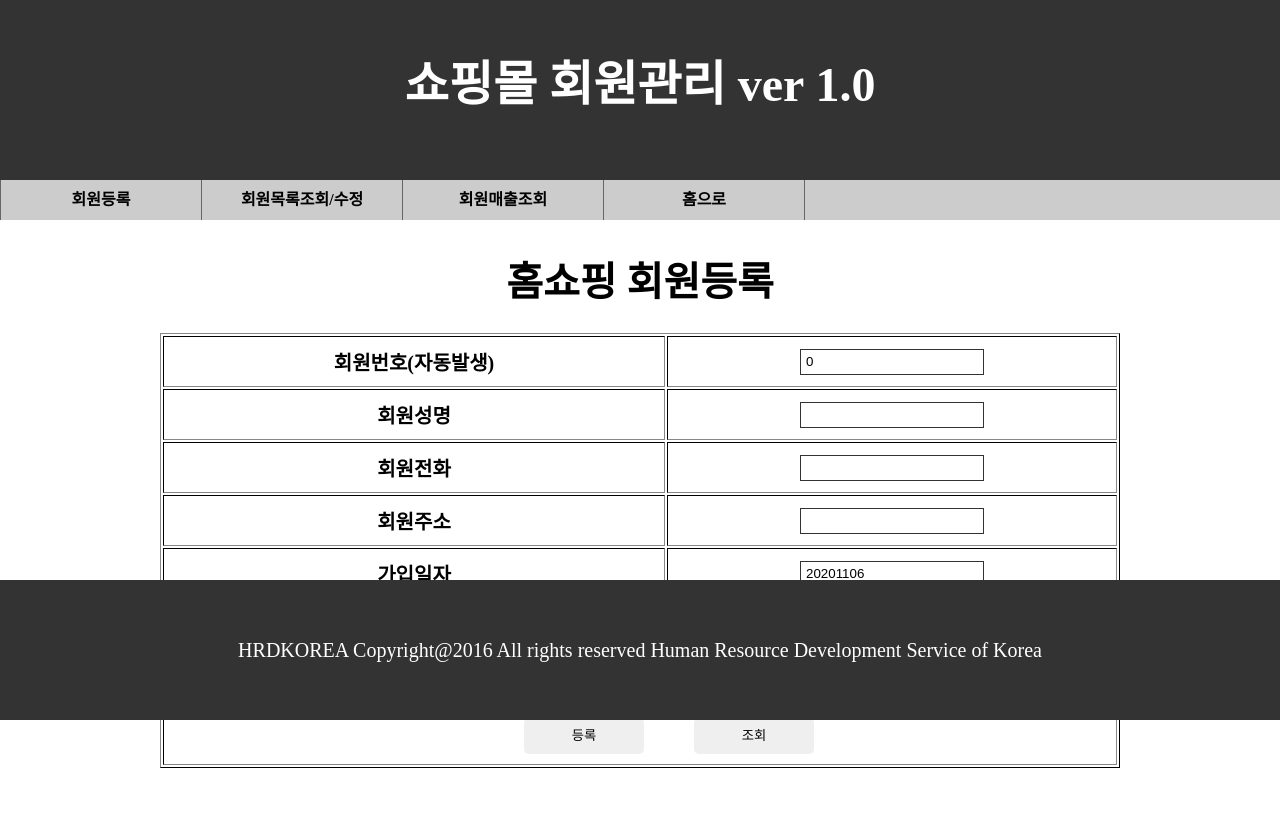
Repository: jsky1234/NCS
Page: http://localhost/HRD_1/memberIns.jsp
An editor plug-in stored every save of this project. The page is shown before and after the next save, followed by the edit.
The browser window is 1280 px wide. The pictures show the whole page.
The page is served by Tomcat 9. Queries for data that is not in the repository find no rows.

Above is the page before, as saved 2020-11-10 05:18:30.
Console error: ReferenceError: form is not defined

### ncs1/HRD_1/WebContent/memberIns.jsp
<%@ page language="java" contentType="text/html; charset=UTF-8"
    pageEncoding="UTF-8"%>
<%@ page import="java.sql.PreparedStatement" %>
<%@ page import="java.sql.DriverManager" %>
<%@ page import="java.sql.Connection" %>
<%@ page import="java.sql.ResultSet" %>
<%@ page import="DBPKG.DBcon" %>
<%@ page import="java.util.*, java.text.*" %>
<%@ include file="admin_header.jsp" %>
<style>
.main_help { width: 960px; margin: 25px auto; font-size: 20px; }
.main_help ol { padding-top: 5px; }
.tb { display: table; border: 5; border-color: #333; width: 960px; text-align: center;}
.tb tr { display: table-row; }
.tb td, .tb th { display: table-cell; padding: 10px; }
.tb th { width: 480px; }
button { display: block; float: left; width: 120px; line-height: 36px; text-align: center; margin-right: 25px; margin-left: 25px; border-radius: 5px ;}
button:first-child { margin-left: 350px;}
input, select { border: 1px solid #333; line-height: 24px; padding-left: 5px;}
</style>
<%@ include file="admin_nav.jsp" %>
<%
request.setCharacterEncoding("utf-8");

Connection conn = null;
PreparedStatement pstmt = null;
ResultSet rs;

Date date = new Date();
SimpleDateFormat simple = new SimpleDateFormat("yyyyMMdd");
String sdate = simple.format(date);

	try {
		conn = DBcon.getConnection();
		String sql = "SELECT * FROM member_tbl_02 ORDER BY custno DESC";
		pstmt = conn.prepareStatement(sql);
		rs = pstmt.executeQuery();

		int i = 0, num = 0;
		while(rs.next()) {
			num = rs.getInt("custno");
			i++;
			num++;
			if(i > 0) break;
		}
%>
<main class="content">
	<section class="page" id="page1">
		<h2 class="page_tit">홈쇼핑 회원등록</h2>
		<div class="main_help">
			<form name="register1" id="register1" action="memberInsPro.jsp" method="get">
				<table class="tb" border="1">
					<tbody>
						<tr>
							<th><label for="custno">회원번호(자동발생)</label></th>
							<td><input type="text" name="custno" id="custno" value="<%=num%>" /></td>
						</tr>
						<tr>
							<th><label for="custname">회원성명</label></th>
							<td><input type="text" name="custname" id="custname" /></td>
						</tr>
						<tr>
							<th><label for="phone">회원전화</label></th>
							<td><input type="text" name="phone" id="phone" /></td>
						</tr>
						<tr>
							<th><label for="address">회원주소</label></th>
							<td><input type="text" name="address" id="address" /></td>
						</tr>
						<tr>
							<th><label for="joindate">가입일자</label></th>
							<td><input type="text" name="joindate" id="joindate" value="<%=sdate%>" /></td>
						</tr>
						<tr>
							<th><label for="grade">고객등급(A:VIP, B:일반, C:직원)</label></th>
							<td>
								<select name="grade" id="grade">
									<option value="">선택안함</option>
									<option value="A">A</option>
									<option value="B">B</option>
									<option value="C">C</option>
								</select>
							</td>
						</tr>
						<tr>
							<th><label for="city">도시코드</label></th>
							<td><input type="text" name="city" id="city" /></td>
						</tr>
						<td colspan="2">
							<button type="button" id="subit_btn">등록</button>
							<button type="button" id="search_btn">조회</button>
						</td>
					</tbody>
				</table>
			</form>
			<script>
			var submit_btn = document.getElementById("submit_btn");
			var search_btn = document.getElementById("search_btn");
			var custname = form.custname
			var phone = form.address
			var grade = form.grade
			var city = form.city

			</script>
		</div>
	</section>
</main>
<%
	} catch(Exception e) {
		System.out.println("ProductBean error : "+e);
	} finally {
		try {
			if(pstmt != null) pstmt.close();
			if(conn != null) conn.close();
		} catch(Exception e) {
			//핸들 에러 프린트
			System.out.println("DB Close error : "+e);
		}
	}
%>
<%@ include file="admin_footer.jsp" %>

### ncs1/HRD_1/WebContent/admin_header.jsp
<%@ page language="java" contentType="text/html; charset=UTF-8"
    pageEncoding="UTF-8"%>
<% request.setCharacterEncoding("utf-8"); %>
<!DOCTYPE html>
<html>
<head>
<meta charset="UTF-8">
<link rel="stylesheet" href="./css/main.css" />
<title>관리자 모드로 로그인 중</title>
</head>
<body>
<header class="hd">
	<h2 class="tit">쇼핑몰 회원관리 ver 1.0</h2>
</header>

### ncs1/HRD_1/WebContent/admin_nav.jsp
<%@ page language="java" contentType="text/html; charset=UTF-8"
    pageEncoding="UTF-8"%>
<nav class="gnb">
	<ul>
		<li><a href="memberIns.jsp">회원등록</a></li>
		<li><a href="">회원목록조회/수정</a></li>
		<li><a href="">회원매출조회</a></li>
		<li><a href="admin.jsp">홈으로</a></li>
	</ul>
</nav>

### ncs1/HRD_1/WebContent/admin_footer.jsp
<%@ page language="java" contentType="text/html; charset=UTF-8"
    pageEncoding="UTF-8"%>
<footer class="ft">
	<div class="ft_wrap">
		<div class="admin_copy">
			<p class="copyright">HRDKOREA Copyright@2016 All rights reserved Human Resource Development Service of Korea</p>
		</div>
	</div>
</footer>
</body>
</html>

### ncs1/HRD_1/src/DBPKG/DBcon.java
package DBPKG;

import java.sql.Connection;
import java.sql.DriverManager;
import java.sql.SQLException;

public class DBcon {
	public static Connection getConnection() throws Exception{
		Class.forName("oracle.jdbc.OracleDriver");
		Connection con = DriverManager.getConnection("jdbc:oracle:thin:@//localhost:1521/xe", "sky", "1234");
		return con;
	}
}

### ncs1/HRD_1/WebContent/css/main.css
@charset "UTF-8";

* { margin: 0; padding: 0; }
body, html { width: 100%; height: 100%; }
ul { list-style : none; }
a { text-decoration: none; }
button, label, input { outline: 0; border: 0; user-select: none; }
img { border: 0; }
ol { padding: 30px; }

.hd { clear: both; min-height: 180px; background-color: #333; }
.tit { font-size: 48px; text-align: center; line-height: 140px; color: #fff; padding-top: 15px;}
.gnb { clear: both; height: 40px; background-color: #cccccc; }
.gnb li { float: left; min-width: 120px; width: auto; }
.gnb a { display:block; text-align: center; line-height: 40px; width: 200px; height: 40px; color: #000000; font-weight: 700; border-left: 1px solid #666666; }
.gnb li:last-child { border-right: 1px solid #666666; }

.page { clear: both; padding: 30px 0 30px 0; }
.page_tit { text-align: center; font-size: 40px; }
.item_tit1 { font-size: 24px; margin-top: 30px; }
.item_tit2 { font-size: 18px; margin-top: 40px;}

.ft { clear: both; position: absolute;  width: 100%; bottom: 0; min-height:80px; height: 140px; background-color: #333; }
.copyright { color: #fff; font-size: 20px; text-align: center; margin-top: 20px; line-height: 100px;}

After the next save:
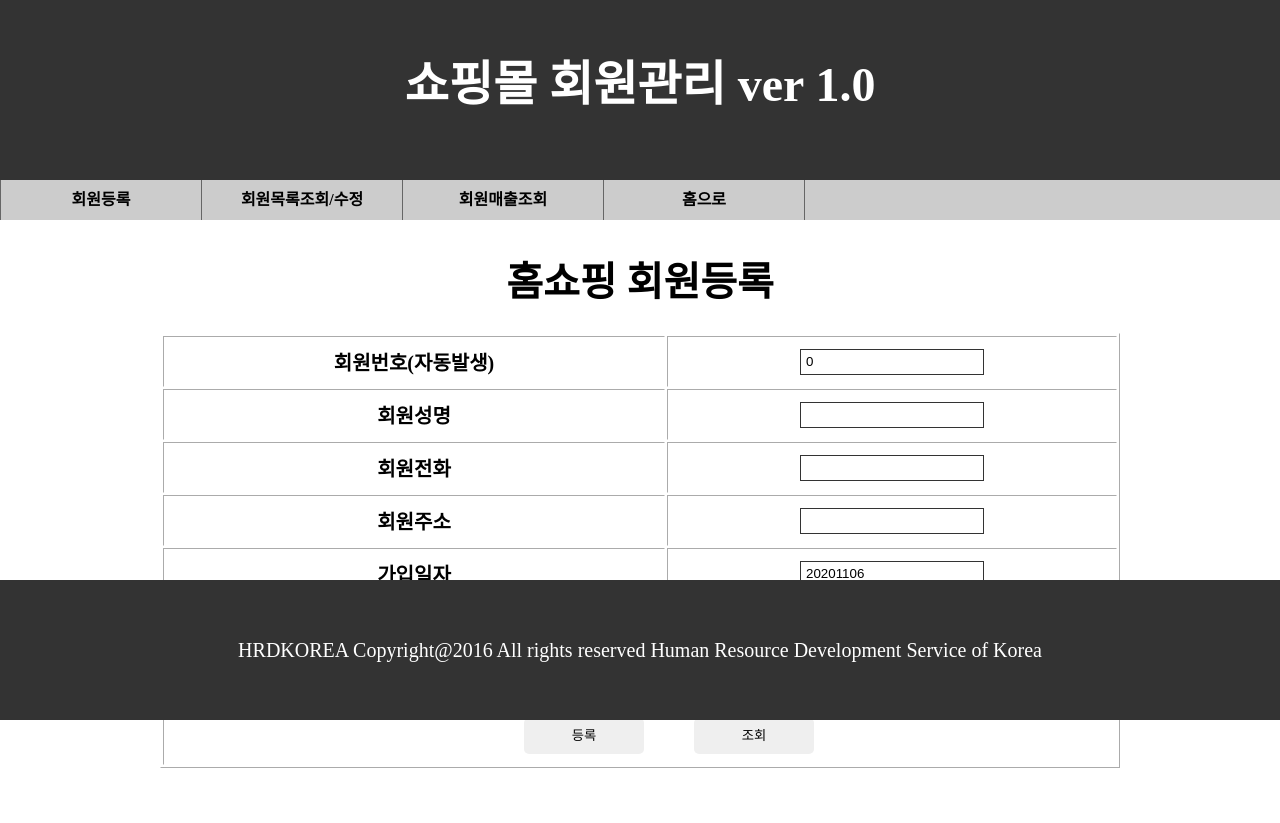
Saved 10 s later.
--- a/ncs1/HRD_1/WebContent/memberIns.jsp
+++ b/ncs1/HRD_1/WebContent/memberIns.jsp
@@ -10,7 +10,7 @@
 <style>
 .main_help { width: 960px; margin: 25px auto; font-size: 20px; }
 .main_help ol { padding-top: 5px; }
-.tb { display: table; border: 5; border-color: #333; width: 960px; text-align: center;}
+.tb { display: table; border: 5; border-color: #fff; width: 960px; text-align: center;}
 .tb tr { display: table-row; }
 .tb td, .tb th { display: table-cell; padding: 10px; }
 .tb th { width: 480px; }

After the save that followed:
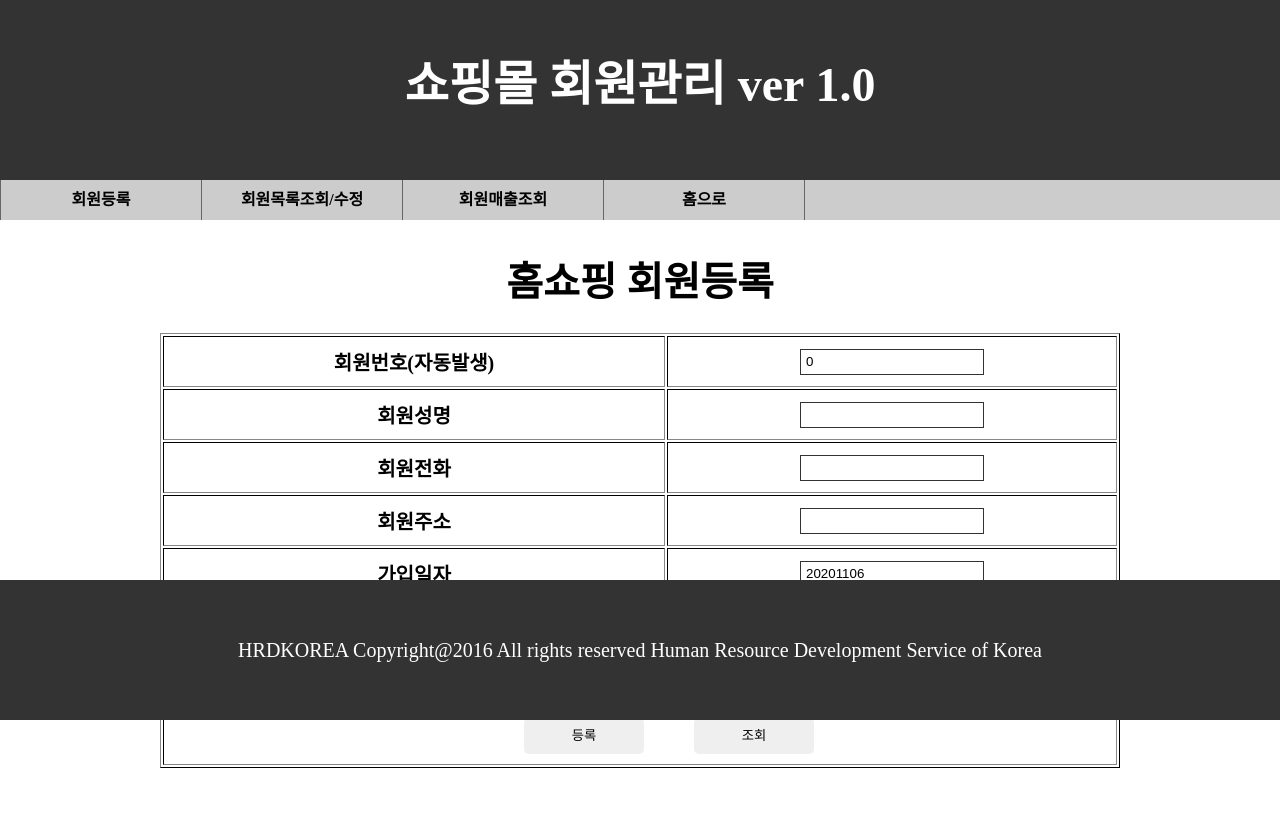
Saved 6 s later.
--- a/ncs1/HRD_1/WebContent/memberIns.jsp
+++ b/ncs1/HRD_1/WebContent/memberIns.jsp
@@ -10,7 +10,7 @@
 <style>
 .main_help { width: 960px; margin: 25px auto; font-size: 20px; }
 .main_help ol { padding-top: 5px; }
-.tb { display: table; border: 5; border-color: #fff; width: 960px; text-align: center;}
+.tb { display: table; border: 5; border-color: #333; width: 960px; text-align: center;}
 .tb tr { display: table-row; }
 .tb td, .tb th { display: table-cell; padding: 10px; }
 .tb th { width: 480px; }
